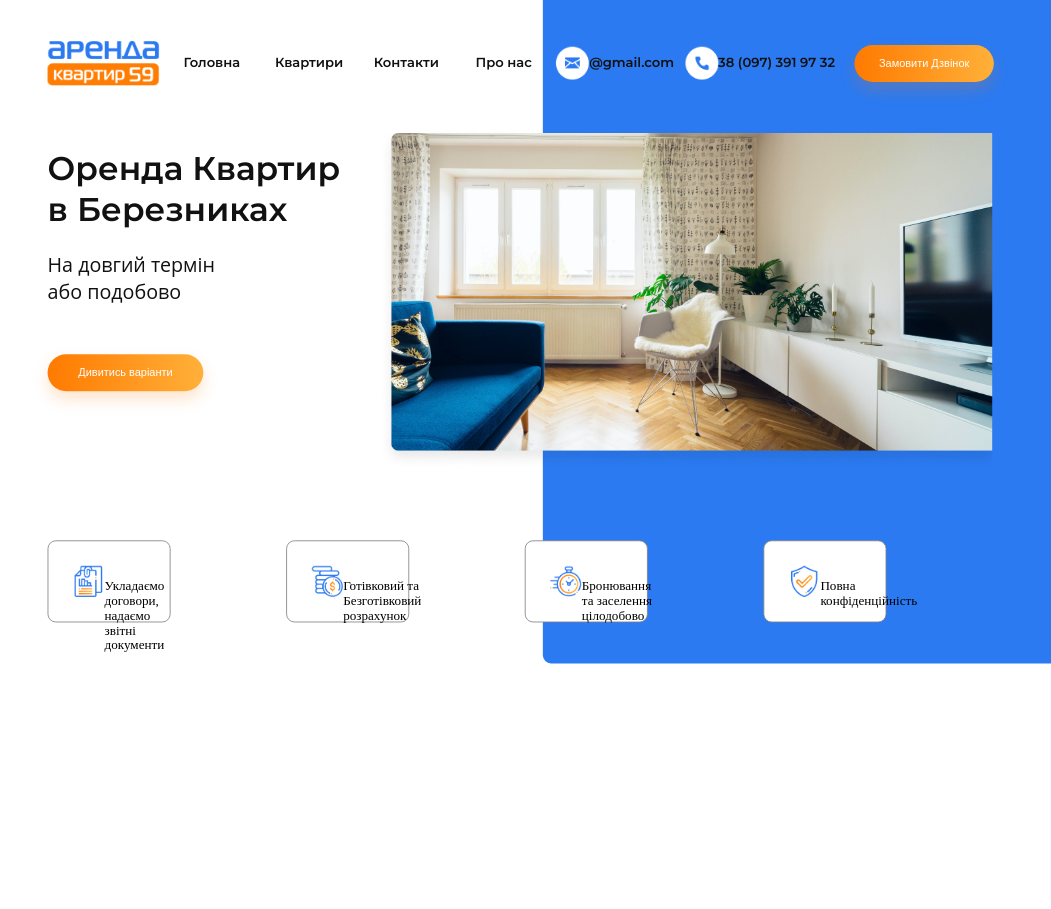
Repository: batonAnton/HW-7-grid
Page: index.html
The author's editor kept a copy of each file at every save. The page is drawn from the files as they stood at one save, then again after the next save.
The browser window is 1280 px wide. The page is 1282 px wide, so the pictures cover 1282 px, including what lies to the right of the window. The pictures show the whole page, at 82% of full size.

Above is the page before, as saved 2022-06-25 18:49:05.

### index.html
<!DOCTYPE html>
<html lang="en">
<head>
    <meta charset="UTF-8">
    <meta http-equiv="X-UA-Compatible" content="IE=edge">
    <meta name="viewport" content="width=device-width, initial-scale=1.0">
    <link rel="preconnect" href="https://fonts.googleapis.com">
    <link rel="preconnect" href="https://fonts.gstatic.com" crossorigin>
    <link href="https://fonts.googleapis.com/css2?family=Montserrat:wght@600&display=swap" rel="stylesheet">
    <link rel="stylesheet" href="./css/styles2.css">
    <title>Grid</title>
</head>

        <div  class="wrapper allstyles">
            <header>
                <img src="./images/logo.png" alt="logo">
                <a href="" class="menu">Головна</a>
                <a href="" class="menu">Квартири</a>
                <a href="" class="menu">Контакти</a>
                <a href="" class="menu">Про нас</a>

                <div class="item mail">
                    <img src="./images/email.png" alt="email">
                    <p>@gmail.com</p>
                </div>
                <div class="item phone">
                    <img src="./images/phone.png" alt="phone">
                    <p>38 (097) 391 97 32</p>
                </div>
                <div class="item btn">
                        <button>Замовити Дзвінок </button>
                </div>
            </header>
            </div>





            <div class=" wrapper2  allstyles">
                <div class="info">
                    <h1>Оренда Квартир <br> в Березниках</h1>
                    <p>На довгий термін <br> або подобово</p>
                    <button class="btn">Дивитись варіанти</button>
                </div>
                <div class="blueblock"></div>

                <div class="banner">

                </div>
            </div>
        </div>


    <div class="wrapper3 allstyles">
         <div class=" block block1">
             <img src="./images/header 1.1.png" alt="img">
             <p>
                Укладаємо договори, <br> надаємо звітні документи
             </p>
         </div>
         <div class="block block2">
            <img src="./images/header 1.2.png" alt="img">
            <p>
                Готівковий та <br>
                Безготівковий розрахунок
            </p>
         </div>
         <div class="block block3">
            <img src="./images/header 1.3.png" alt="img">
            <p>
                Бронювання та заселення <br> цілодобово
            </p>

         </div>
         <div class="block block4">
            <img src="./images/header 1.4.png" alt="img">
            <p>
                Повна <br> конфіденційність
            </p>
         </div>
    </div>









</body>
</html>

### css/styles2.css
* {
  box-sizing: border-box;
}

.allstyles {
  margin: 50px 50px;
}

header {
  display: grid;
  gap: 10px;
  grid-template-columns: repeat(8, 1fr);
  grid-template-rows: 1fr;
  z-index: 1;
}

.wrapper {
  display: flex;
  justify-content: space-between;
}

.menu {
  font-family: "Montserrat", sans-serif;
  font-style: normal;
  font-weight: 600;
  font-size: 16px;
  line-height: 20px;
  text-decoration: none;
  color: #111111;
  transition: all 1s;
}

.menu:hover {
  text-decoration: underline;
}

.phone,
.mail {
  font-family: "Montserrat", sans-serif;
  font-style: normal;
  font-weight: 600;
  font-size: 16px;
  line-height: 20px;
  text-decoration: none;
  color: #111111;
  transition: all 1s;
}

.menu,
.phone,
.mail,
.btn {
  justify-content: center;
  align-items: center;
  display: flex;
}

.phone,
.btn {
  width: 190px;
}

.btn button {
  padding: 15px 30px;
  color: #fff;
  background: linear-gradient(89.77deg, #ff7a00 0.2%, #ffb039 99.82%);
  box-shadow: 0px 10px 20px rgba(255, 122, 0, 0.2);
  border-radius: 25px;
  border: none;
}

.wrapper2 {
  display: grid;
  grid-template-columns: repeat(5, 1fr);
  grid-template-rows: repeat(5, 1fr);
  z-index: 0;
}

.wrapper2 .info {
  grid-column: 1/3;
  grid-row: 1/6;
}

.info h1 {
  font-family: "Montserrat";
  font-style: normal;
  font-weight: 800;
  font-size: 40px;
  line-height: 49px;
  display: flex;
  align-items: center;
  color: #111111;
}

.info p {
  font-family: "Open Sans";
  font-style: normal;
  font-weight: 400;
  font-size: 24px;
  line-height: 33px;
  color: #111111;
}
.wrapper2 .banner {
  grid-column: 3/6;
  grid-row: 1/6;
  background-image: url(../images/bigBanner.png);
  background-repeat: no-repeat;
  background-size: contain;
  height: 420px;
  margin-right: -60px;
}

.wrapper2 .btn {
  margin-top: 60px;
  padding: 15px 30px;
  color: #fff;
  background: linear-gradient(89.77deg, #ff7a00 0.2%, #ffb039 99.82%);
  box-shadow: 0px 10px 20px rgba(255, 122, 0, 0.2);
  border-radius: 25px;
  border: none;
}

.wrapper3 {
  display: grid;
  grid-template-columns: repeat(5, 1fr);
  grid-template-rows: repeat(5, 1fr);
}

.blueblock {
    grid-column: 4/6;
    grid-row: 1/6;
    background: #2b7af1;
    border-radius: 0px 0px 0px 10px;
    margin-top: -155px;
    margin-right: -60px;
    width: 620px;
    height: 810px;
}

.wrapper3{
    display: grid;
    grid-template-columns: repeat(4,1fr);
    grid-template-rows: repeat(4,1fr);
    margin-top: -200px;
    z-index: 1;
}

.block{
    width: 150px;
    height: 100px;
    padding: 30px;
    background: #FFFFFF;
    border-radius: 10px;
    border: 1px solid gray;
}

.block1, .block2, .block3, .block4{
    display: flex;
    justify-content: space-around;
}

.block1{
    grid-column: 1/2;
}

.block2{
    grid-column: 2/3;
}

.block3{
    grid-column: 3/4;
}

.block4{
    grid-column: 4/5;
}

After the next save:
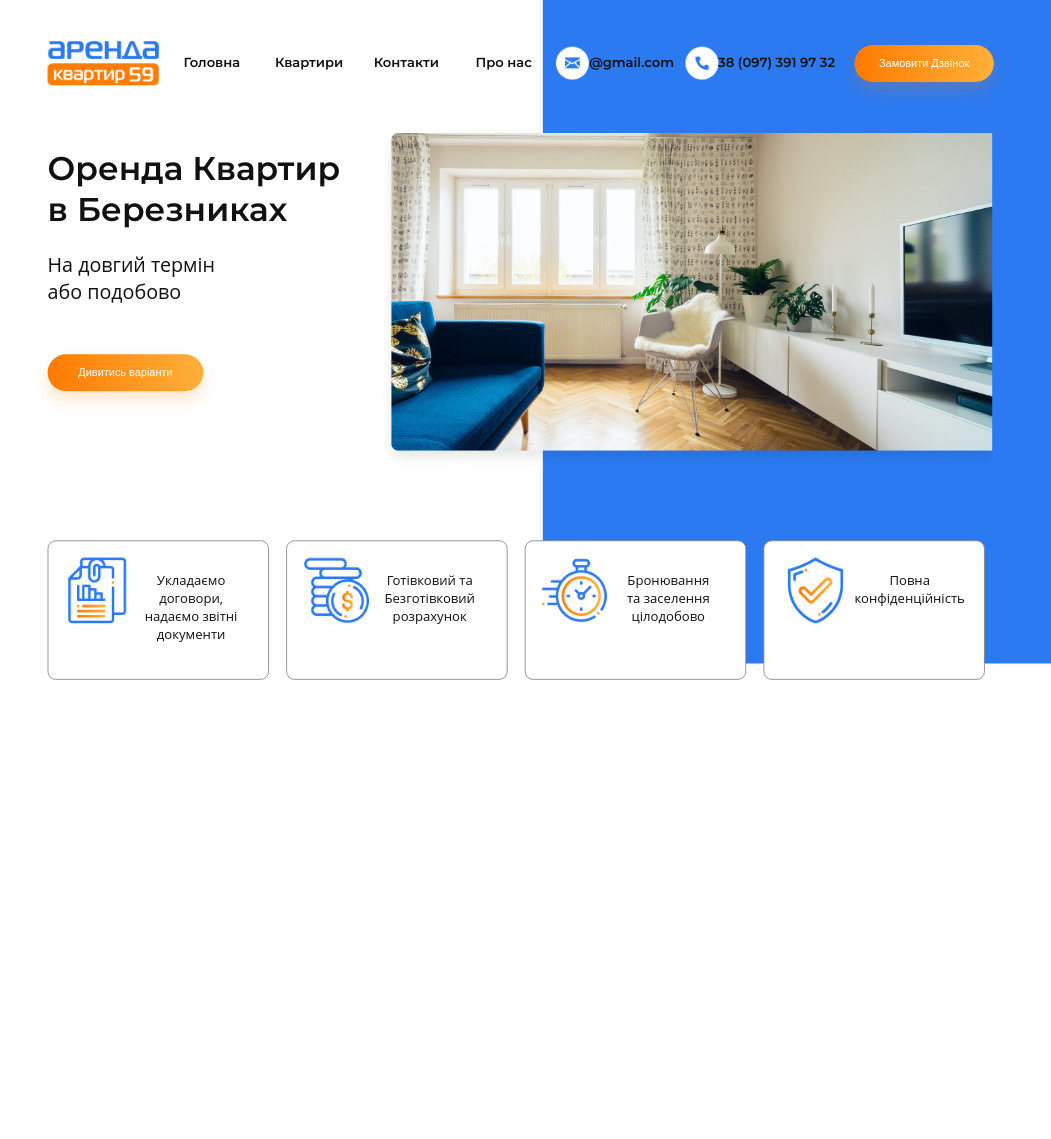
Saved 6 min 8 s later.
--- a/css/styles2.css
+++ b/css/styles2.css
@@ -145,13 +145,28 @@ header {
     z-index: 1;
 }
 
+.wrapper3 p {
+    font-family: 'Open Sans', sans-serif;
+    font-style: normal;
+    font-weight: 400;
+    font-size: 16px;
+    line-height: 22px;
+    text-align: center;
+    color: #111111;
+}
+
 .block{
-    width: 150px;
-    height: 100px;
-    padding: 30px;
+    width: 270px;
+    height: 170px;
+    padding: 20px;
     background: #FFFFFF;
     border-radius: 10px;
     border: 1px solid gray;
+}
+
+.block img{
+    width: 80px;
+    height: 80px;
 }
 
 .block1, .block2, .block3, .block4{
